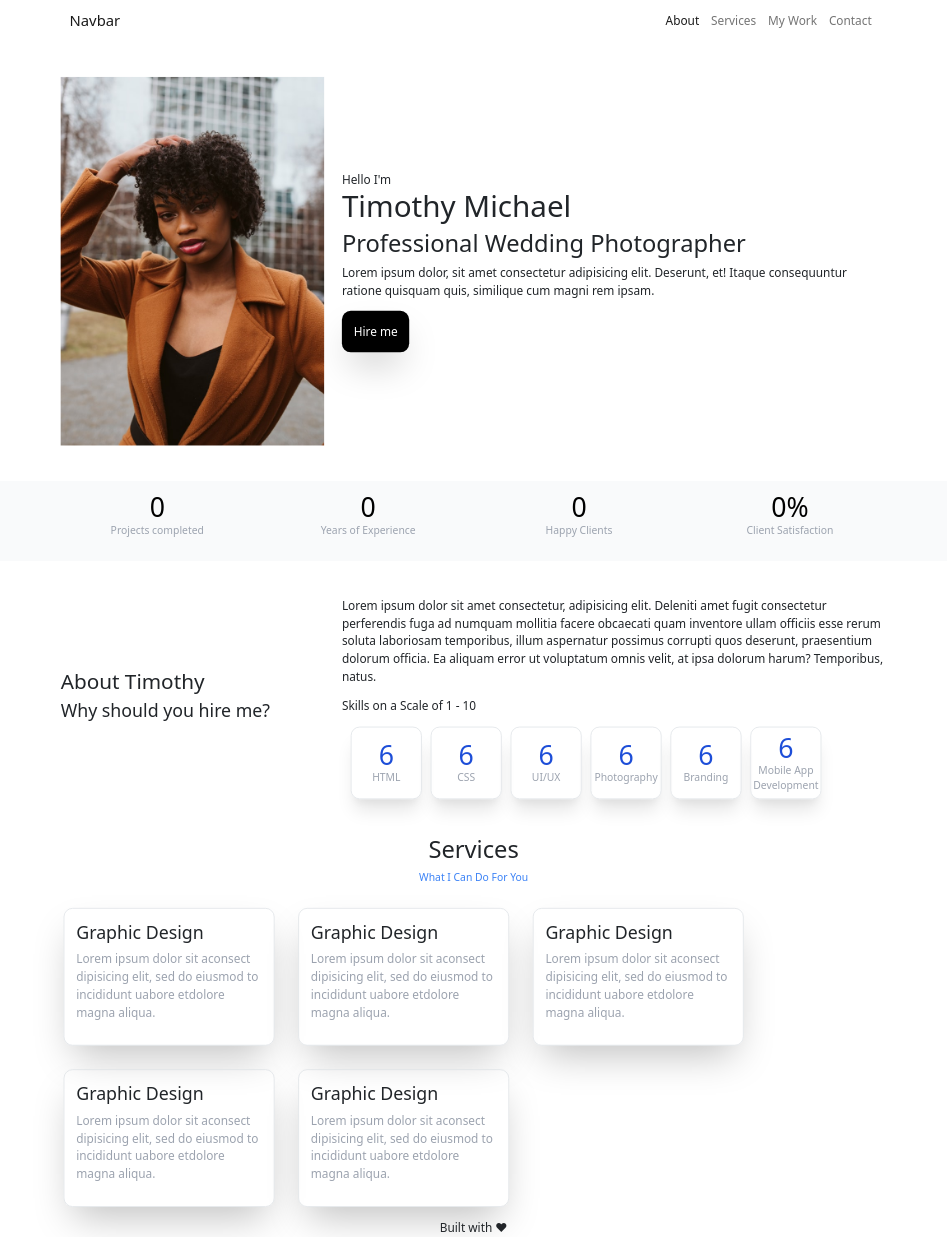
Repository: latenightsnacc/giggles
Page: HTML/freelancer.html
An editor plug-in stored every save of this project. The page is shown before and after the next save, followed by the edit.
The browser window is 1280 px wide. The pictures show the whole page, at 74% of full size.
Some web libraries are served in a nearby version.

Above is the page before, as saved 2021-01-03 15:42:43.

### HTML/freelancer.html
<!DOCTYPE html>
<html lang="en">
<head>
    <meta charset="UTF-8">
    <meta name="viewport" content="width=device-width, initial-scale=1.0">
    <link href="https://cdnjs.cloudflare.com/ajax/libs/tailwindcss/2.0.2/tailwind.min.css" rel="stylesheet">
    <link rel="stylesheet" href="https://stackpath.bootstrapcdn.com/font-awesome/4.7.0/css/font-awesome.min.css" />
    <link href="https://cdn.jsdelivr.net/npm/bootstrap@5.0.0-beta1/dist/css/bootstrap.min.css" rel="stylesheet" integrity="sha384-giJF6kkoqNQ00vy+HMDP7azOuL0xtbfIcaT9wjKHr8RbDVddVHyTfAAsrekwKmP1" crossorigin="anonymous">
    <title>Freelancer Page</title>
</head>
<body>
    <header class="container">
        <nav class="navbar navbar-expand-lg navbar-light bg-white">
            <div class="container-fluid">
              <a class="navbar-brand" href="#">Navbar</a>
              <button class="navbar-toggler" type="button" data-bs-toggle="collapse" data-bs-target="#navbarNavDropdown" aria-controls="navbarNavDropdown" aria-expanded="false" aria-label="Toggle navigation">
                <span class="navbar-toggler-icon"></span>
              </button>
              <div class="collapse navbar-collapse" id="navbarNavDropdown">
                <ul class="navbar-nav ml-auto">
                  <li class="nav-item">
                    <a class="nav-link active" aria-current="page" href="#">About</a>
                  </li>
                  <li class="nav-item">
                    <a class="nav-link" href="#">Services</a>
                  </li>
                  <li class="nav-item">
                    <a class="nav-link" href="#">My Work</a>
                  </li>
                  <li class="nav-item">
                    <a class="nav-link" href="#">Contact</a>
                  </li>
                  <!-- <li class="nav-item dropdown">
                    <a class="nav-link dropdown-toggle" href="#" id="navbarDropdownMenuLink" role="button" data-bs-toggle="dropdown" aria-expanded="false">
                      Dropdown link
                    </a>
                    <ul class="dropdown-menu" aria-labelledby="navbarDropdownMenuLink">
                      <li><a class="dropdown-item" href="#">Action</a></li>
                      <li><a class="dropdown-item" href="#">Another action</a></li>
                      <li><a class="dropdown-item" href="#">Something else here</a></li>
                    </ul>
                  </li> -->
                </ul>
              </div>
            </div>
        </nav>
    </header>
    <main>
        <!--User Banner-->
        <div class="container mt-5">
            <div class="row flex items-center h-auto">
                <div class="col-sm-12 col-md-4 col-lg-4 col-xl-4">
                    <img src="assets/userDp.jpg" alt="Profile Picture">
                </div>
                <div class="col-sm-12 col-md-8 col-lg-8 col-xl-8">
                    <div class="user-info">
                        <span>Hello I'm</span>
                        <h1>Timothy Michael</h1>
                        <h2>Professional Wedding Photographer</h2>
                        <p>Lorem ipsum dolor, sit amet consectetur adipisicing elit. Deserunt, et! Itaque consequuntur ratione quisquam quis, similique cum magni rem ipsam.</p>
                        <button class="bg-black text-white p-3 semi-bold rounded-xl shadow-2xl">Hire me</button>
                    </div>
                </div>
            </div>
        </div>
        <!--User Statisitics-->
        <div class="stats w-full bg-gray-50 flex items-center h-auto py-3 mt-5">
            <div class="container">
                <div class="row">
                    <div class="stat-box col text-center">
                        <div class="bold text-4xl text-black">0</div>
                        <p class="text-sm text-gray-400">Projects completed</p>

                    </div>
                    <div class="stat-box col text-center">
                        <div class="bold text-4xl text-black">0</div>
                        <p class="text-sm text-gray-400">Years of Experience</p>
                    </div>
                    <div class="stat-box col text-center">
                        <div class="bold text-4xl text-black">0</div>
                        <p class="text-sm text-gray-400">Happy Clients</p>
                    </div>
                    <div class="stat-box col text-center">
                        <div class="bold text-4xl text-black">0%</div>
                        <p class="text-sm text-gray-400">Client Satisfaction</p>
                    </div>
                </div>
            </div>
        </div>
        <!--About User-->
        <div class="container">
            <div class="row h-auto flex flex-row items-center">
                <div class="col-sm-12 col-md-6 col-lg-4 col-xl-4 pt-5">
                    <h3>About Timothy</h3>
                    <h4>Why should you hire me?</h4>
                </div>
                <div class="col-sm-12 col-md-6 col-lg-8 col-xl-8 pt-5">
                    <p>Lorem ipsum dolor sit amet consectetur, adipisicing elit. Deleniti amet fugit consectetur perferendis fuga ad numquam mollitia facere obcaecati quam inventore ullam officiis esse rerum soluta laboriosam temporibus, illum aspernatur possimus corrupti quos deserunt, praesentium dolorum officia. Ea aliquam error ut voluptatum omnis velit, at ipsa dolorum harum? Temporibus, natus.</p>
                    <span class="bold">Skills on a Scale of 1 - 10</span>
                    <div class="d-flex flex-wrap">
                        <div class="skill-box shadow-xl max-w-sm w-24 p-2 ml-3 mt-3 border border-gray-100 rounded-xl flex flex-col items-center justify-center text-center">

                            <span class="text-blue-700 bold text-4xl">6</span>
                            <div class="text-sm text-gray-400">HTML</div>
                        </div>
                        <div class="skill-box shadow-xl max-w-sm w-24 p-2 ml-3 mt-3 border border-gray-100 rounded-xl flex flex-col items-center justify-center text-center">

                            <span class="text-blue-700 bold text-4xl">6</span>
                            <div class="text-sm text-gray-400">CSS</div>
                        </div>
                        <div class="skill-box shadow-xl max-w-sm w-24 p-2 ml-3 mt-3 border border-gray-100 rounded-xl flex flex-col items-center justify-center text-center">

                            <span class="text-blue-700 bold text-4xl">6</span>
                            <div class="text-sm text-gray-400">UI/UX</div>
                        </div>
                        <div class="skill-box shadow-xl max-w-sm w-24 p-2 ml-3 mt-3 border border-gray-100 rounded-xl flex flex-col items-center justify-center text-center">

                            <span class="text-blue-700 bold text-4xl">6</span>
                            <div class="text-sm text-gray-400">Photography</div>
                        </div>
                        <div class="skill-box shadow-xl max-w-sm w-24 p-2 ml-3 mt-3 border border-gray-100 rounded-xl flex flex-col items-center justify-center text-center">

                            <span class="text-blue-700 bold text-4xl">6</span>
                            <div class="text-sm text-gray-400">Branding</div>
                        </div>
                        <div class="skill-box shadow-xl max-w-sm w-24 p-2 ml-3 mt-3 border border-gray-100 rounded-xl flex flex-col items-center justify-center text-center">

                            <span class="text-blue-700 bold text-4xl">6</span>
                            <div class="text-sm text-gray-400">Mobile App Development</div>
                        </div>
                    </div>
                </div>
            </div>
        </div>
        <!--Services User Provides-->
        <div class="container mt-5">
            <h2 class="text-center">Services</h2>
            <p class="text-blue-500 text-sm capitalize text-center">What I can do for you</p>
            <div class="row">
                <div class="col-3 shadow-2xl border border-gray-100 rounded-xl p-3 m-3 hover:bg-black hover:text-white">
                    <div class="service-title text-2xl bold  pb-2">Graphic Design</div>
                    <p class="text-md text-gray-400">Lorem ipsum dolor sit aconsect dipisicing elit, sed do eiusmod to incididunt uabore etdolore magna aliqua.</p>
                </div>
                <div class="col-3 shadow-2xl border border-gray-100 rounded-xl p-3 m-3 hover:bg-black hover:text-white">
                    <div class="service-title text-2xl bold  pb-2">Graphic Design</div>
                    <p class="text-md text-gray-400">Lorem ipsum dolor sit aconsect dipisicing elit, sed do eiusmod to incididunt uabore etdolore magna aliqua.</p>
                </div>
                <div class="col-3 shadow-2xl border border-gray-100 rounded-xl p-3 m-3 hover:bg-black hover:text-white">
                    <div class="service-title text-2xl bold  pb-2">Graphic Design</div>
                    <p class="text-md text-gray-400">Lorem ipsum dolor sit aconsect dipisicing elit, sed do eiusmod to incididunt uabore etdolore magna aliqua.</p>
                </div>
                <div class="col-3 shadow-2xl border border-gray-100 rounded-xl p-3 m-3 hover:bg-black hover:text-white">
                    <div class="service-title text-2xl bold  pb-2">Graphic Design</div>
                    <p class="text-md text-gray-400">Lorem ipsum dolor sit aconsect dipisicing elit, sed do eiusmod to incididunt uabore etdolore magna aliqua.</p>
                </div>
                <div class="col-3 shadow-2xl border border-gray-100 rounded-xl p-3 m-3 hover:bg-black hover:text-white">
                    <div class="service-title text-2xl bold  pb-2">Graphic Design</div>
                    <p class="text-md text-gray-400">Lorem ipsum dolor sit aconsect dipisicing elit, sed do eiusmod to incididunt uabore etdolore magna aliqua.</p>
                </div>
            </div>

        </div>
    </main>
    <footer class="text-center">Built with &hearts; </footer>
    <script src="https://cdn.jsdelivr.net/npm/bootstrap@5.0.0-beta1/dist/js/bootstrap.bundle.min.js" integrity="sha384-ygbV9kiqUc6oa4msXn9868pTtWMgiQaeYH7/t7LECLbyPA2x65Kgf80OJFdroafW" crossorigin="anonymous"></script>

</body>
</html>

After the next save:
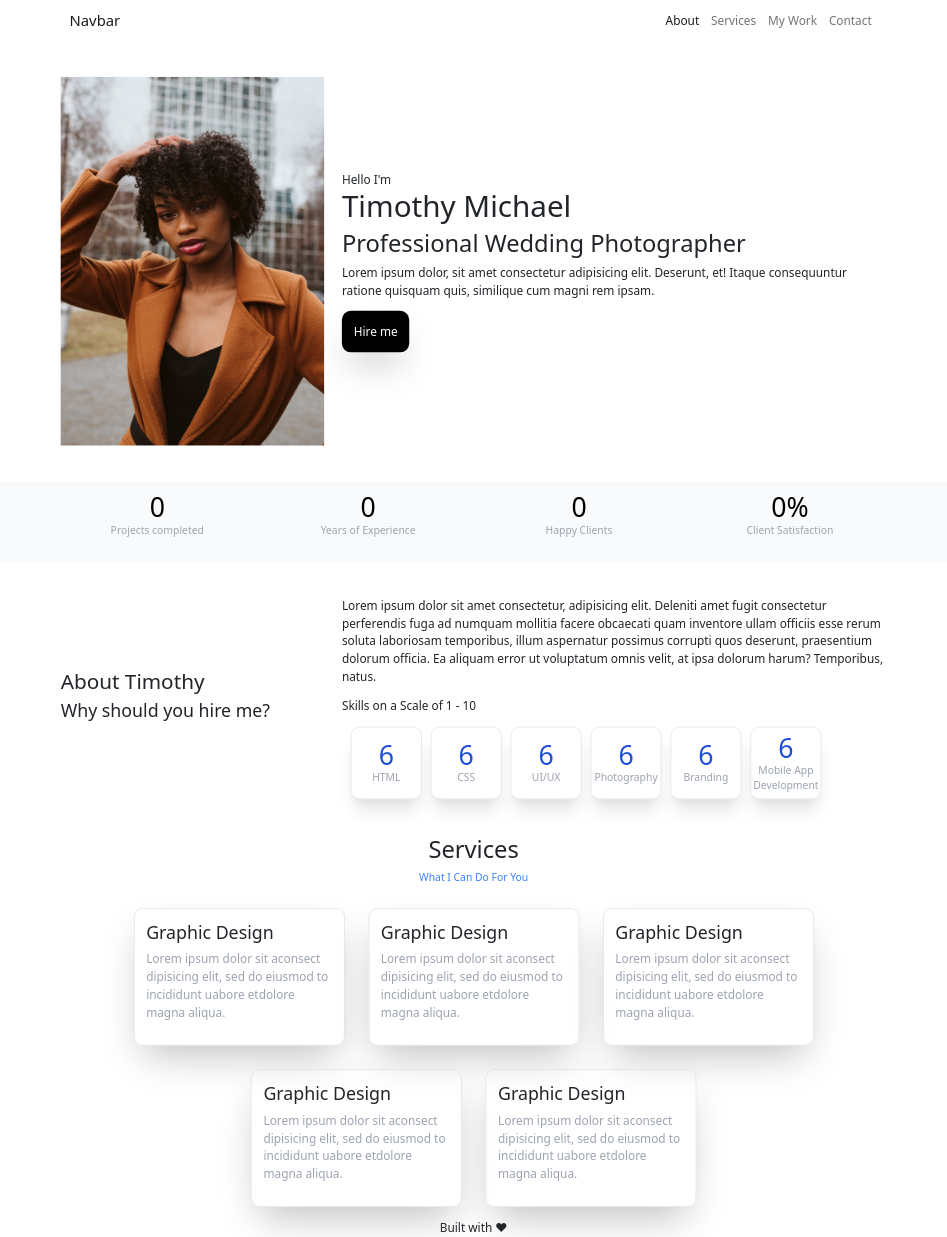
Saved 21 s later.
--- a/HTML/freelancer.html
+++ b/HTML/freelancer.html
@@ -136,7 +136,7 @@
         <div class="container mt-5">
             <h2 class="text-center">Services</h2>
             <p class="text-blue-500 text-sm capitalize text-center">What I can do for you</p>
-            <div class="row">
+            <div class="row flex justify-center">
                 <div class="col-3 shadow-2xl border border-gray-100 rounded-xl p-3 m-3 hover:bg-black hover:text-white">
                     <div class="service-title text-2xl bold  pb-2">Graphic Design</div>
                     <p class="text-md text-gray-400">Lorem ipsum dolor sit aconsect dipisicing elit, sed do eiusmod to incididunt uabore etdolore magna aliqua.</p>

After the save that followed:
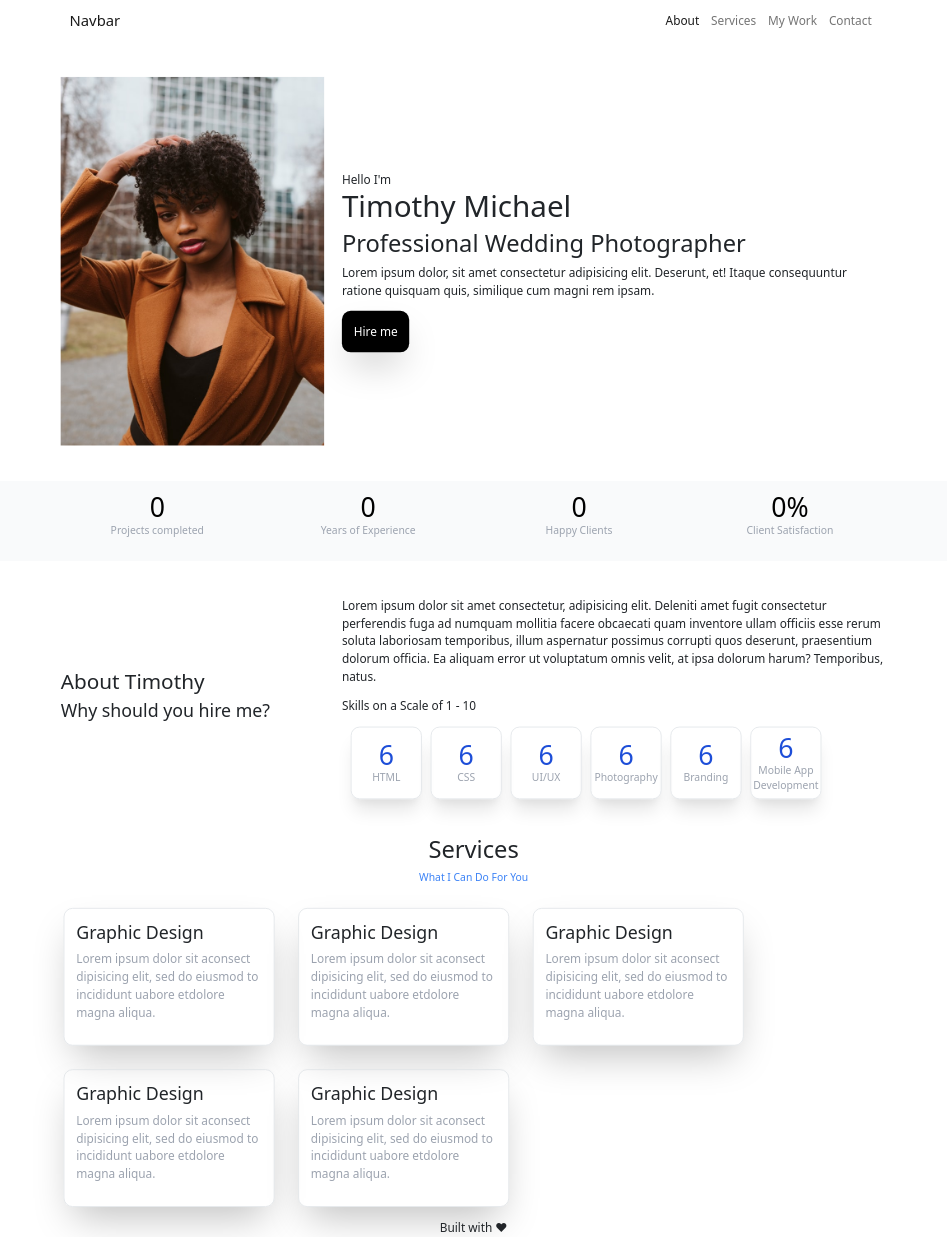
Saved 29 s later.
--- a/HTML/freelancer.html
+++ b/HTML/freelancer.html
@@ -136,7 +136,7 @@
         <div class="container mt-5">
             <h2 class="text-center">Services</h2>
             <p class="text-blue-500 text-sm capitalize text-center">What I can do for you</p>
-            <div class="row flex justify-center">
+            <div class="row ">
                 <div class="col-3 shadow-2xl border border-gray-100 rounded-xl p-3 m-3 hover:bg-black hover:text-white">
                     <div class="service-title text-2xl bold  pb-2">Graphic Design</div>
                     <p class="text-md text-gray-400">Lorem ipsum dolor sit aconsect dipisicing elit, sed do eiusmod to incididunt uabore etdolore magna aliqua.</p>
